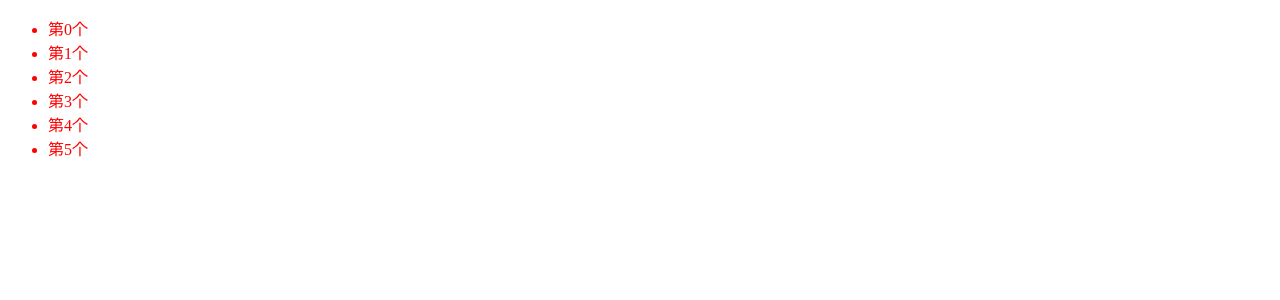
Repository: Romic77/css-test
Page: 伪类选择器.html
An editor plug-in stored every save of this project. The page is shown before and after the next save, followed by the edit.
The browser window is 1280 px wide. The pictures show the whole page.

Above is the page before, as saved 2022-09-02 20:56:31.

After the next save:
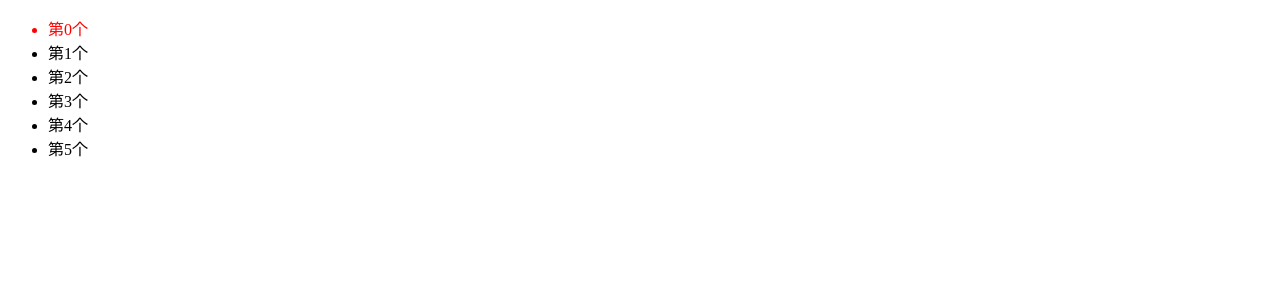
Saved 30 min 55 s later.
--- a/伪类选择器.html
+++ b/伪类选择器.html
@@ -8,9 +8,10 @@
     <title>Document</title>
     <style>
         /* 伪类(不存在的类)迎来描述一个元素的特殊状态
-                比如:第一个元素 被点击的元素 鼠标移入的元素
+                比如:第一个元素 被点击的元素 鼠标移入的元素]
+                伪类都是以:开头
             */
-        ul>li {
+        ul>li:first-child {
             color: red;
         }
     </style>
